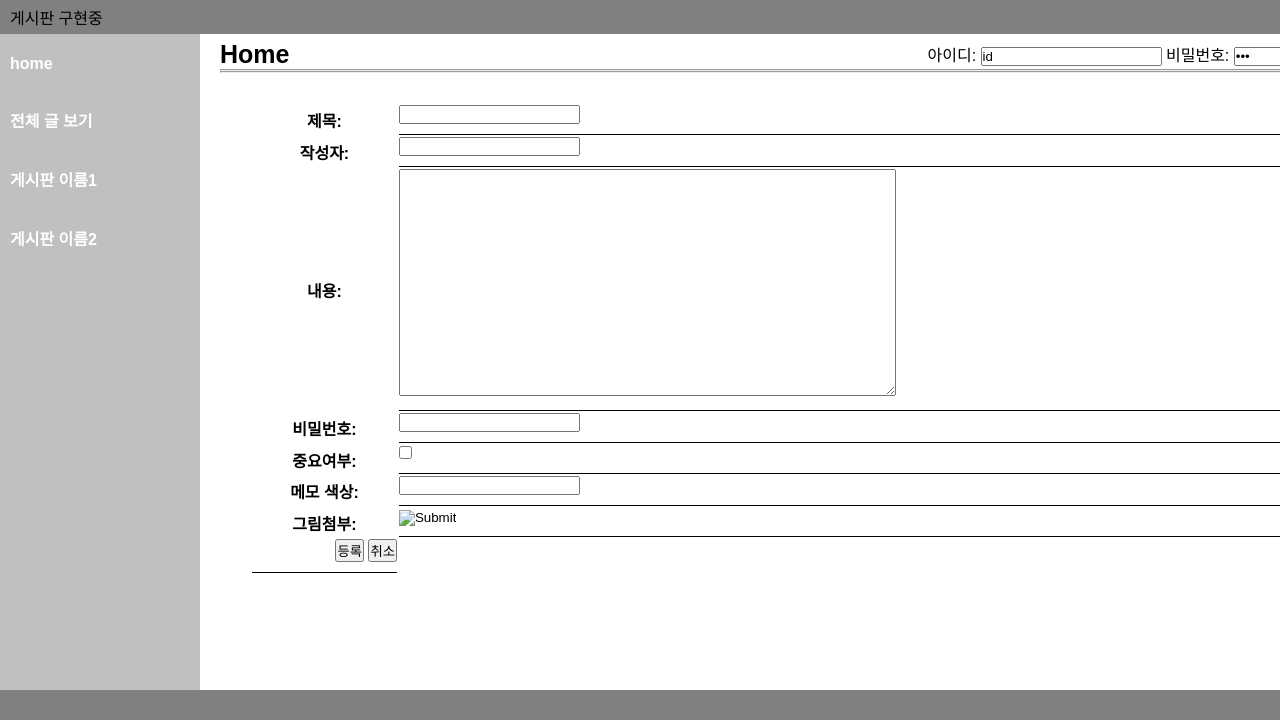
Repository: hyeon-jin-park/study
Page: work/internet_programing/Test_final/public/input.html
These files come from the project's save history. The page is drawn as it stood at one moment and after the next save; the edit follows.
The browser window is 1280 px wide. The pictures show the whole page.

Above is the page before, as saved 2025-03-19 11:21:28.

After the next save:
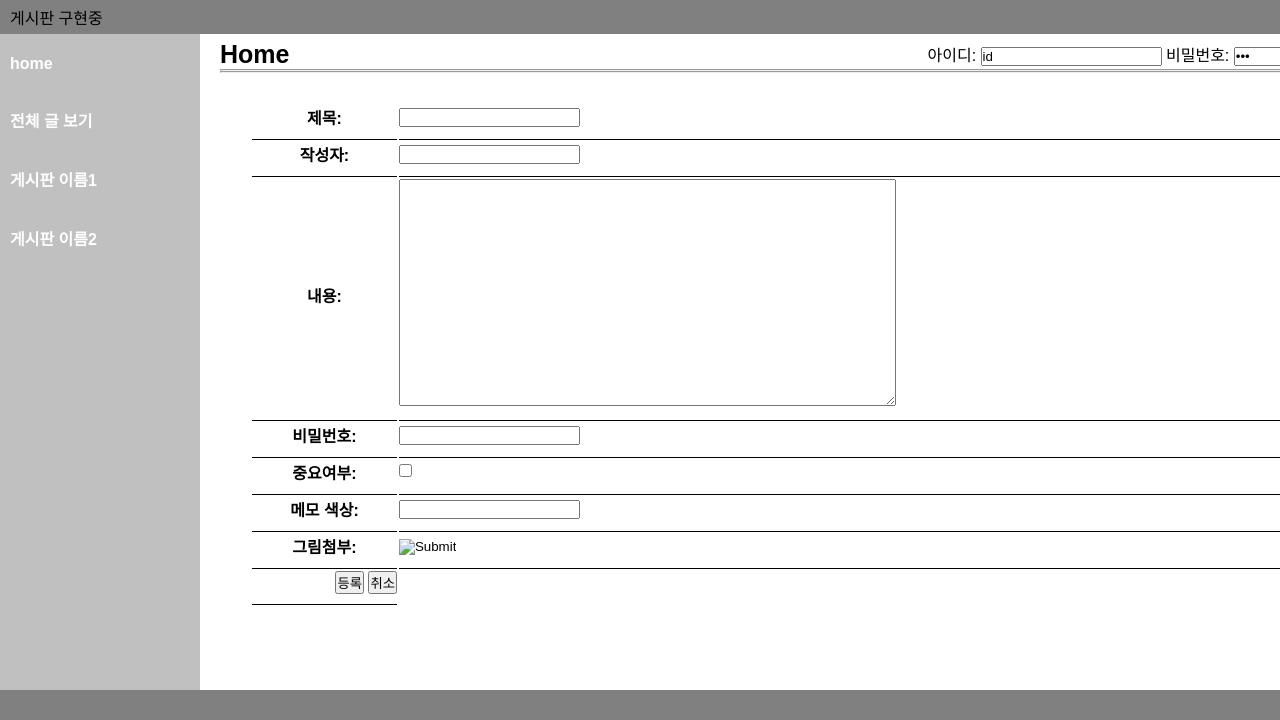
Saved 46 s later.
--- a/work/internet_programing/Test_final/public/layout.css
+++ b/work/internet_programing/Test_final/public/layout.css
@@ -93,7 +93,7 @@
 			width:100%;
 			margin:10px;
 		}
-		.input_form tr,td{
+		.input_form th,td{
 			padding-bottom:10px;
 			border-bottom: 1px solid black;
 		}
